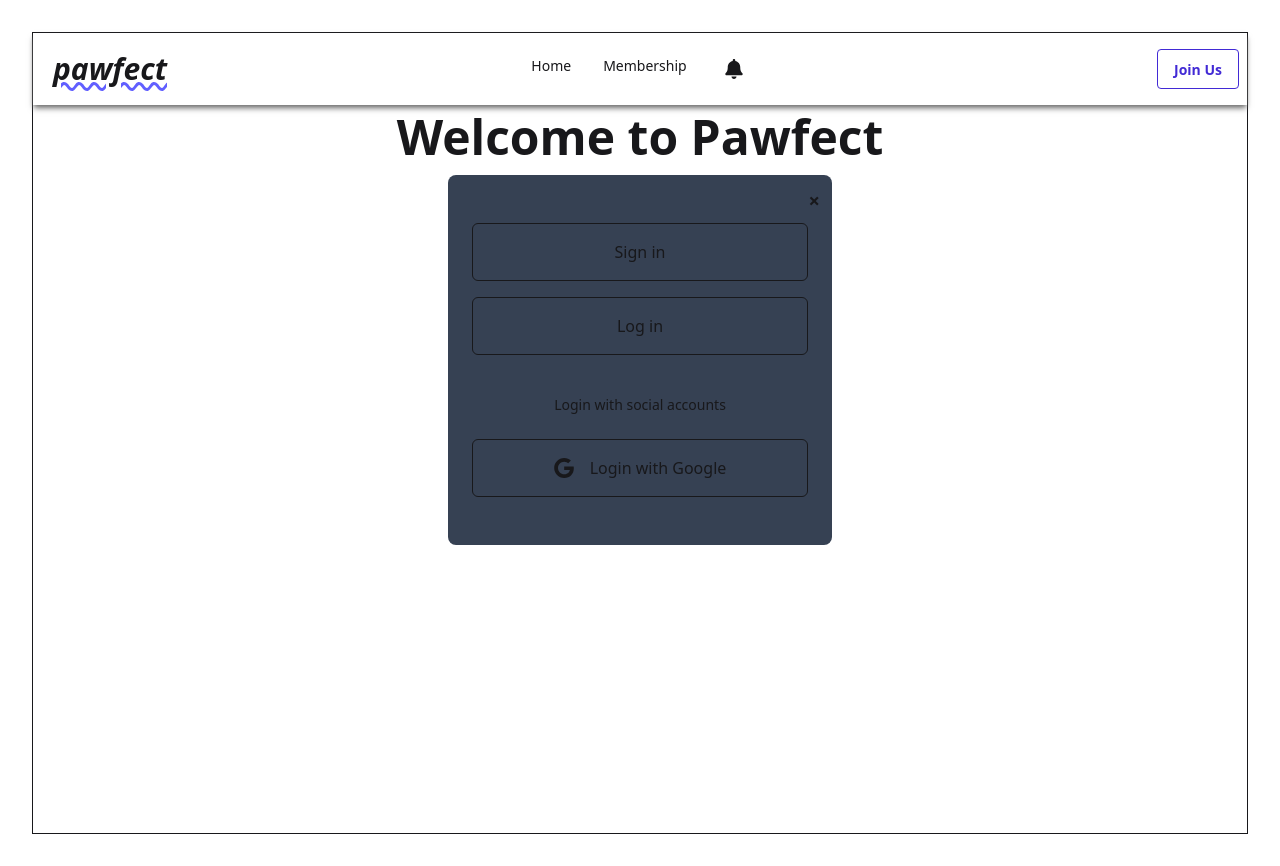
Repository: syedbayzid82849/DevForum_client_site
Page: /, after clicking the first element matching `button.btn-outline`
These files come from the project's save history. The page is drawn as it stood at one moment and after a run of saves; the edit follows.
The browser window is 1280 px wide. The pictures show the whole page.
The project was rebuilt for these pictures with package versions that can differ from the ones it lists, and the page was loaded fresh each time. Also part of the build but not shown: vite.config.js, src/App.jsx, src/pages/Authentication/Login.jsx, src/pages/Authentication/AuthLayout.jsx, src/pages/Authentication/Register.jsx.

Above is the page before, as saved 2025-07-08 23:25:14.

After the next 2 saves:
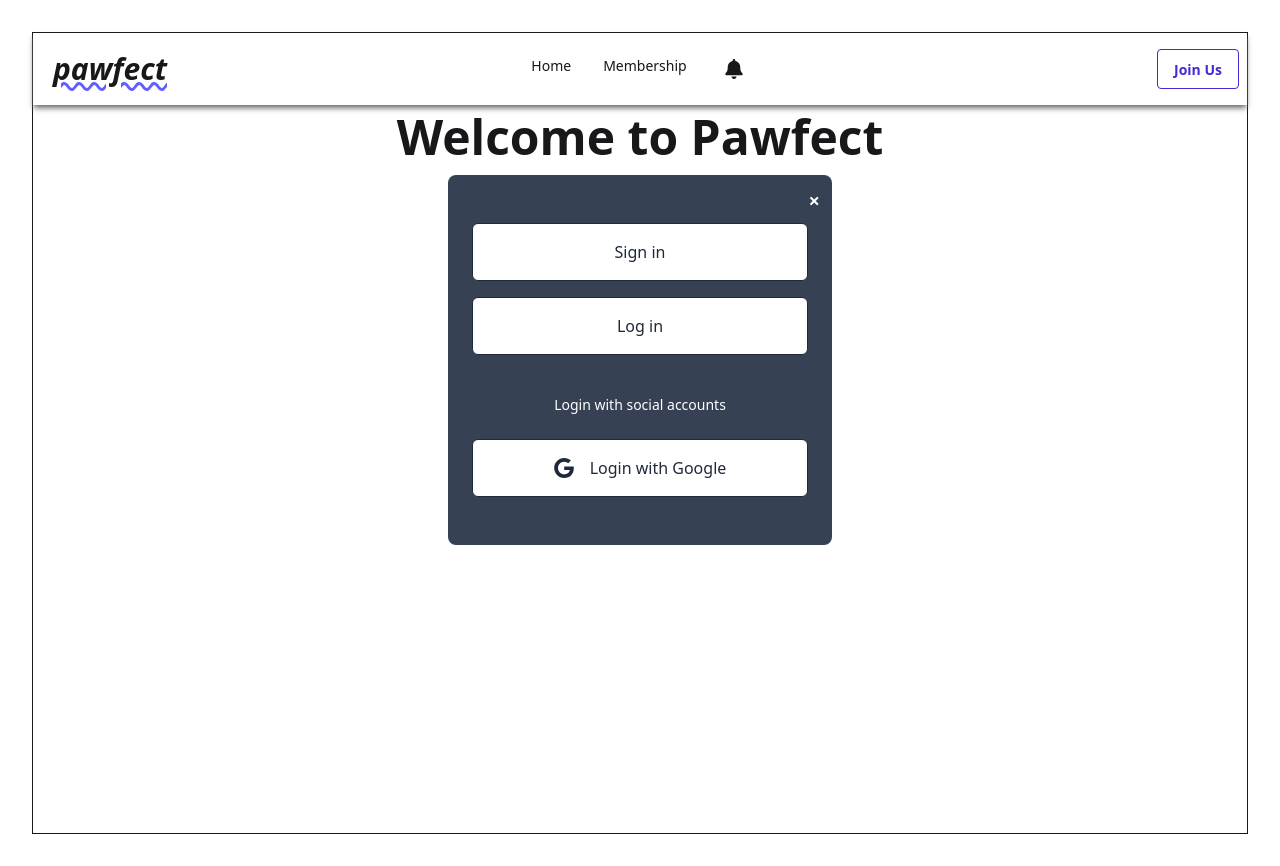
The 2 saves are shown as one change because they came seconds apart.
The last was saved 49 s later.
--- a/src/components/Navbar/JoinUsModal.jsx
+++ b/src/components/Navbar/JoinUsModal.jsx
@@ -31,31 +31,43 @@ const JoinUsModal = ({ closeModal }) => {
                 >
                     <button
                         onClick={closeModal}
-                        className="absolute top-3 right-3 text-xl font-bold"
+                        className="absolute top-3 right-3 text-xl font-bold text-white hover:text-red-500 transition duration-200"
                         title="Close"
                     >
                         &times;
                     </button>
 
-                    <div className="my-6 space-y-4" >
-                        <button type="button" className="flex items-center justify-center  w-full p-4 space-x-4 border rounded-md focus:ring-2 focus:ring-offset-1 dark:border-gray-600 focus:dark:ring-default-600">
-
+                    {/* Sign In / Log In buttons */}
+                    <div className="my-6 space-y-4">
+                        <button
+                            type="button"
+                            className="flex items-center justify-center w-full p-4 space-x-4 border rounded-md dark:border-gray-600 focus:ring-2 focus:ring-offset-1 focus:dark:ring-default-600 bg-white text-gray-800 hover:bg-gray-100 transition duration-200"
+                        >
                             <NavLink to="/login"><p>Sign in</p></NavLink>
                         </button>
-                        <button type="button" className="flex items-center justify-center  w-full p-4 space-x-4 border rounded-md focus:ring-2 focus:ring-offset-1 dark:border-gray-600 focus:dark:ring-default-600">
-
+                        <button
+                            type="button"
+                            className="flex items-center justify-center w-full p-4 space-x-4 border rounded-md dark:border-gray-600 focus:ring-2 focus:ring-offset-1 focus:dark:ring-default-600 bg-white text-gray-800 hover:bg-gray-100 transition duration-200"
+                        >
                             <NavLink to="/register"><p>Log in</p></NavLink>
                         </button>
                     </div>
 
+                    {/* Divider */}
                     <div className="flex items-center pt-4 space-x-1">
                         <div className="flex-1 h-px sm:w-16 dark:bg-gray-300"></div>
-                        <p className="px-3 text-sm ">Login with social accounts</p>
+                        <p className="px-3 text-sm text-white">Login with social accounts</p>
                         <div className="flex-1 h-px sm:w-16 dark:bg-gray-300"></div>
                     </div>
 
+                    {/* Google Sign In */}
                     <div className="my-6 space-y-4">
-                        <button onClick={handleGoogleSignIn} aria-label="Login with Google" type="button" className="flex items-center justify-center w-full p-4 space-x-4 border rounded-md focus:ring-2 focus:ring-offset-1 dark:border-gray-600 focus:dark:ring-default-600">
+                        <button
+                            onClick={handleGoogleSignIn}
+                            aria-label="Login with Google"
+                            type="button"
+                            className="flex items-center justify-center w-full p-4 space-x-4 border rounded-md dark:border-gray-600 focus:ring-2 focus:ring-offset-1 focus:dark:ring-default-600 bg-white text-gray-800 hover:bg-gray-100 transition duration-200"
+                        >
                             <svg xmlns="http://www.w3.org/2000/svg" viewBox="0 0 32 32" className="w-5 h-5 fill-current">
                                 <path d="M16.318 13.714v5.484h9.078c-0.37 2.354-2.745 6.901-9.078 6.901-5.458 0-9.917-4.521-9.917-10.099s4.458-10.099 9.917-10.099c3.109 0 5.193 1.318 6.38 2.464l4.339-4.182c-2.786-2.599-6.396-4.182-10.719-4.182-8.844 0-16 7.151-16 16s7.156 16 16 16c9.234 0 15.365-6.49 15.365-15.635 0-1.052-0.115-1.854-0.255-2.651z"></path>
                             </svg>
@@ -64,6 +76,7 @@ const JoinUsModal = ({ closeModal }) => {
                     </div>
                 </div>
             </div>
+
         </>
     );
 };
